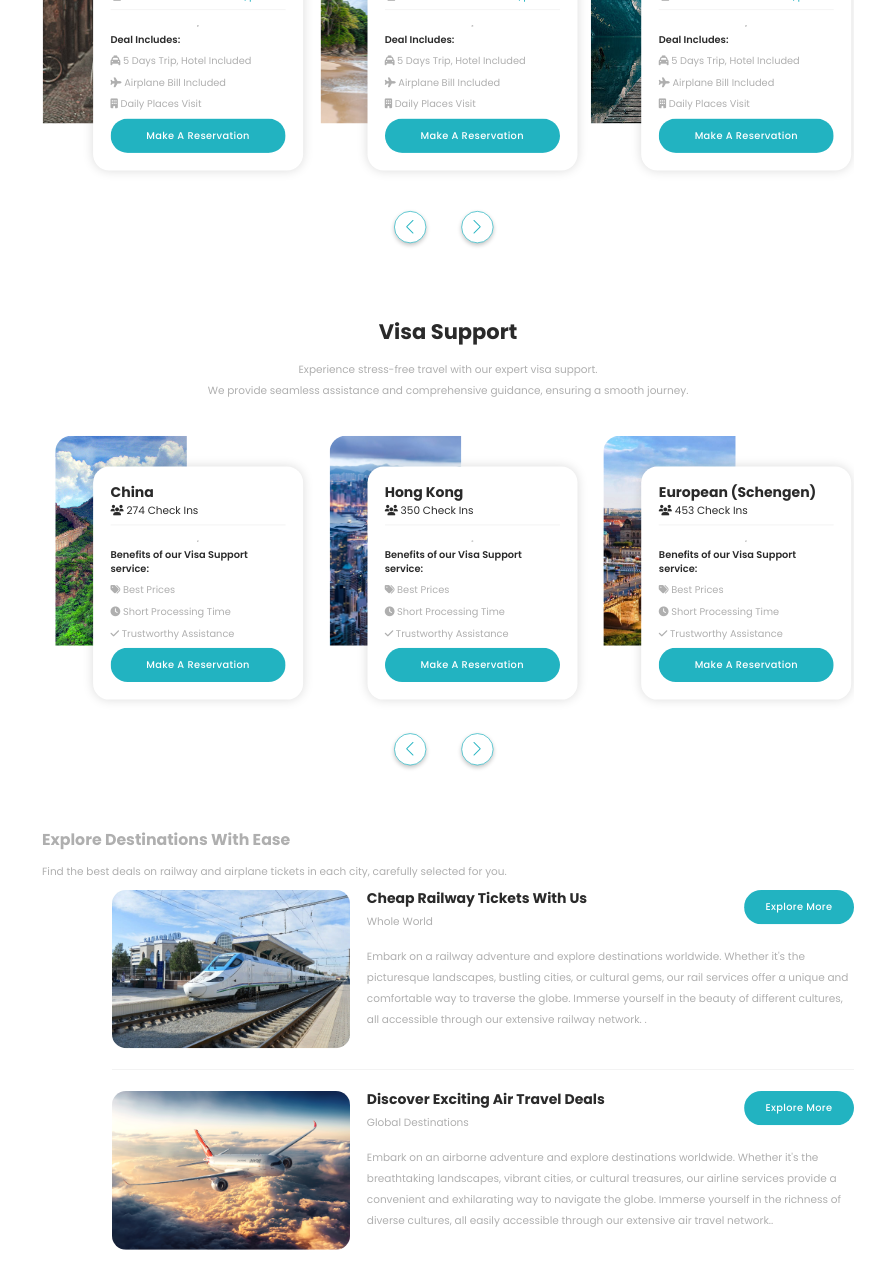
Repository: asadbekdev07/asadbekdev-zamontour-react
Page: /
The author's editor kept a copy of each file at every save. The page is drawn from the files as they stood at one save, then again after the next save.
The browser window is 1280 px wide. The pictures show the part of the page from y = 1048 to 2968 px (the page is 2874 px tall before and 2968 px after), at 70% of full size.
The project was rebuilt for these pictures with package versions that can differ from the ones it lists, and the page was loaded fresh each time. Also part of the build but not shown: vite.config.js.

Above is the page before, as saved 2024-05-26 18:20:57.

### index.html
<!doctype html>
<html lang="en">
  <head>
    <meta charset="UTF-8" />
    <link rel="icon" type="image/svg+xml" href="/vite.svg" />
    <meta name="viewport" content="width=device-width, initial-scale=1.0" />
    <title>Vite + React</title>
    <link rel="stylesheet" href="https://cdnjs.cloudflare.com/ajax/libs/font-awesome/6.5.2/css/all.min.css" integrity="sha512-SnH5WK+bZxgPHs44uWIX+LLJAJ9/2PkPKZ5QiAj6Ta86w+fsb2TkcmfRyVX3pBnMFcV7oQPJkl9QevSCWr3W6A==" crossorigin="anonymous" referrerpolicy="no-referrer" />

  </head>
  <body>
    <div id="root"></div>
    <script type="module" src="/src/main.jsx"></script>
  </body>
</html>

### src/main.jsx
import React from 'react'
import ReactDOM from 'react-dom/client'
import App from './assets/components/App'
import './assets/styles/index.css'
import './i18n'

ReactDOM.createRoot(document.getElementById('root')).render(
  <React.StrictMode>
    <App />
  </React.StrictMode>,
)

### src/assets/components/App.jsx
import Destination from "./Destination"
import Offers from "./Offers"
import SiteHeader from "./Site-header"
import SliderHero from "./Slider-hero"
import Visa from "./Visa"

function App() {

  return (
    <>
      <SiteHeader />
      <SliderHero />
      <Offers />
      <Visa />
      <Destination />
    </>
  )
}

export default App

### src/assets/styles/index.css
/* CUSTOM PROPS */
:root {
  --primary-color: #22b3c1;
  --primary-bg-color: #ffffff;
  --border-color: #eeeeee;
  --secondary-text-color: #2a2a2a;
  --grayish-text-color: #afafaf;
  --form-border-color: #e0e0e0;
}

/* FONT-FACE  */
@font-face {
  font-family: "Poppins";
  src: url("../fonts/Poppins-Regular.woff2") format("woff2"), url("../fonts/Poppins-Regular.woff") format("woff");
  font-weight: normal;
  font-style: normal;
  font-display: swap;
}
@font-face {
  font-family: "Poppins";
  src: url("../fonts/Poppins-BoldItalic.woff2") format("woff2"), url("../fonts/Poppins-BoldItalic.woff") format("woff");
  font-weight: bold;
  font-style: italic;
  font-display: swap;
}
@font-face {
  font-family: "Poppins";
  src: url("../fonts/Poppins-SemiBold.woff2") format("woff2"), url("../fonts/Poppins-SemiBold.woff") format("woff");
  font-weight: 600;
  font-style: normal;
  font-display: swap;
}
@font-face {
  font-family: "Poppins";
  src: url("../fonts/Poppins-Medium.woff2") format("woff2"), url("../fonts/Poppins-Medium.woff") format("woff");
  font-weight: 500;
  font-style: normal;
  font-display: swap;
}
@font-face {
  font-family: "Poppins";
  src: url("../fonts/Poppins-Bold.woff2") format("woff2"), url("../fonts/Poppins-Bold.woff") format("woff");
  font-weight: bold;
  font-style: normal;
  font-display: swap;
}

/* GLOBAL  */
html {
  box-sizing: border-box;
  height: 100%;
  scroll-behavior: smooth;
}

*,
*::before,
*::after {
  box-sizing: inherit;
}

:focus {
  outline: 2px dotted var(--primary-color);
  outline-offset: 3px;
}

body {
  display: flex;
  flex-direction: column;
  height: 100%;
  padding: 0;
  margin: 0;
  font-weight: 400;
  font-family: "Poppins", "Arial", sans-serif;
  font-size: 15px;
  background-color: #ffffff;
  color: var(--grayish-text-color);
}

img {
  max-width: 100%;
  height: auto;
}

/* AUTOFILL-STYLES */
/*input:-webkit-autofill,
input:-webkit-autofill:hover,
input:-webkit-autofill:focus,
textarea:-webkit-autofill,
textarea:-webkit-autofill:hover,
textarea:-webkit-autofill:focus,
select:-webkit-autofill,
select:-webkit-autofill:hover,
select:-webkit-autofill:focus {
  border-color: transparent;
  -webkit-text-fill-color: inherit;
  -webkit-box-shadow: 0 0 0px 1000px #fff inset;
}*/


/* PLACEHOLDER-STYLES */
/*::-webkit-input-placeholder,
::-moz-placeholder,
:-ms-input-placeholder,
:-moz-placeholder {
  color: rgba(52, 49, 61, 0.5);
  opacity: 1;
}*/


/* VISUALLY-HIDDEN */
.visually-hidden {
  position: absolute;
  width: 1px;
  height: 1px;
  margin: -1px;
  border: 0;
  padding: 0;
  clip: rect(0 0 0 0);
  overflow: hidden;
}


/* CONTAINER  */
.container {
  width: 100%;
  max-width: 1200px;
  padding-left: 20px;
  padding-right: 20px;
  margin-left: auto;
  margin-right: auto;
}

/* MAIN-CONTENT  */
.main-content {
  flex-grow: 1;
}

/* BUTTON  */
.button {
  padding: 13px 30px;
  margin: 0;
  display: inline-block;
  border-radius: 25px;
  font-weight: 500;
  line-height: 21px;
  font-size: 14px;
  letter-spacing: 0.5px;
  transition: color 0.4s ease;
  text-transform: capitalize;
  border: 1px solid transparent;
  background-color: #22b3c1;
  color: #ffffff;
  overflow: hidden;
  text-decoration: none;
  cursor: pointer;
  white-space: nowrap;
  text-align: center;
}
.button:hover {
  opacity: 0.8;
}
.button:active {
  opacity: 0.6;
}

.button--arrow {
  color: #22b3c1;
  transition: all 0.5s ease;
  text-decoration: none;
}

.button--white {
  background-color: #ffffff;
  color: #22b3c1;
}
.button--white:hover {
  background-color: #22b3c1;
  color: #ffffff;
  opacity: 1;
}

.button--form {
  width: 100%;
  display: block;
}

.button--cta {
  border: 1px solid #e0e0e0;
}
.button--cta:hover {
  background-color: #ffffff;
  color: #22b3c1;
  opacity: 1;
}

/* SITE-HEADER  */
.site-header {
  position: relative;
  padding: 15px 20px;
  background-color: var(--primary-color);
}

.site-header :focus {
  outline: 2px dotted var(--primary-bg-color);
  outline-offset: 3px;
}

.site-header__container {
  display: flex;
  align-items: center;
  justify-content: space-between;
}

.site-header__sitenav {
  display: flex;
  align-items: center;
  justify-content: space-between;
}

.sitenav__list {
  padding: 0;
  margin: 0;
  list-style: none;
  display: flex;
  align-items: center;
}

.sitenav__item {
  margin-right: 30px;
}

.sitenav__link {
  text-decoration: none;
  color: var(--primary-bg-color);
  transition: color 0.4s ease;
}

.sitenav__link:hover {
  color: var(--secondary-text-color);
}

.sitenav__link:active {
  opacity: 0.6;
}

.lang {
  margin: 0;
  padding: 0;
  list-style: none;
  display: flex;
  align-items: center;
}

.lang__item {
  margin-right: 30px;
}

.lang__link {
  text-decoration: none;
  color: var(--primary-bg-color);
  transition: color 0.4s ease;
}

.lang__link:hover {
  color: var(--secondary-text-color);
}

.lang__link:active {
  opacity: 0.6;
}

.social {
  margin: 0;
  padding: 0;
  list-style: none;
  display: flex;
  align-items: center;
}

.social__item:not(:last-child) {
  margin-right: 30px;
}

.social__link {
  display: block;
  text-decoration: none;
}

.social__icon {
  display: block;
  color: var(--primary-bg-color);
}

.fa-telegram {
  transition: color 0.4s ease;
}

.fa-instagram {
  transition: color 0.4s ease;
}

.fa-telegram:hover {
  color: var(--secondary-text-color)
}

.fa-instagram:hover {
  color: var(--secondary-text-color)
}

.site-header__toggler {
  display: none;
  width: 24px;
  height: 22px;
  border: 0;
  background-color: transparent;
  padding: 0;
  margin: 0;
  color: var(--primary-bg-color);
}

/* SLIDER-HERO  */
.slider {
  background-position: center;
  background-repeat: no-repeat;
  background-size: cover;
}

.slider__container {
  width: 90%;
  padding-top: 90px;
  padding-bottom: 90px;
  display: flex;
  flex-direction: column;
  align-items: center;
}

.slider__top {
  padding-top: 50px;
  width: 100%;
  text-align: center;
}

.slider__top-heading {
  margin-top: 0;
  margin-bottom: 20px;
  font-weight: 500;
  font-size: 20px;
  color: var(--primary-bg-color);
}

.slider__top-city {
  margin-top: 0;
  margin-bottom: 30px;
  font-weight: 700;
  font-size: 50px;
  color: var(--primary-bg-color);
}

.slider__bottom {
  width: 100%;
}

.list {
  padding: 0;
  margin: 0;
  list-style: none;
  padding: 30px 60px;
  margin-top: 40px;
  display: flex;
  align-items: center;
  justify-content: space-between;
  border-radius: 60px;
  background-color: var(--primary-bg-color);
}

.list__item-inner {
  display: flex;
  align-items: center;
}
.list__item-inner .fa {
  display: flex;
  align-items: center;
  justify-content: center;
  margin-right: 20px;
  width: 60px;
  height: 60px;
  border-radius: 50%;
  line-height: 50px;
  font-size: 25px;
  text-align: center;
  border: 1px solid var(--primary-color);
  color: var(--primary-color);
}

.list__subheading {
  margin: 0;
  font-weight: 700;
  font-size: 20px;
  line-height: 28px;
  color: var(--primary-color);
}
.list__subheading span {
  font-weight: 400;
  font-size: 15px;
  color: var(--grayish-text-color);
}

.lang__link.selected {
  font-weight: bold;
  color: var(--primary-color);
  text-decoration: underline;
}

/* OFFERS  */
.offers,
.visa {
  position: relative;
  padding-top: 80px;
  padding-bottom: 80px;
}

.offers__content,
.visa__content {
  width: 70%;
  margin-left: 15%;
  margin-right: 15%;
  margin-bottom: 50px;
  text-align: center;
}

.offers__title,
.visa__title {
  margin-top: 0;
  margin-bottom: 20px;
  font-weight: 700;
  font-size: 30px;
  line-height: 36px;
  text-transform: capitalize;
  color: var(--secondary-text-color);
}

.offers__description,
.visa__description {
  line-height: 30px;
}

.offers__card,
.visa__card {
  width: 350px;
  height: 420px;
  border-radius: 8px;
  display: flex;
  cursor: pointer;
  align-items: center;
  justify-content: center;
  flex-direction: column;
  position: relative;
}

.offers__img,
.visa__img {
  height: 300px;
  padding-right: 150px;
  padding-bottom: 120px;
  border-top-left-radius: 23px;
  border-bottom-left-radius: 23px;
}


.visa__img {
  width: 50%;
  object-fit: cover;
}

.inner {
  position: absolute;
  right: 1%;
  display: flex;
  flex-direction: column;
  justify-content: center;
  position: absolute;
  z-index: 10000;
  width: 250px;
  padding: 25px;
  border-radius: 23px;
  box-shadow: 0px 0px 15px rgba(0, 0, 0, 0.15);
  background-color: var(--primary-bg-color);
}

.inner__top {
  display: flex;
  align-items: center;
  justify-content: space-between;
  padding-bottom: 10px;
  position: relative;
  margin-bottom: 15px;
  border-bottom: 1px solid #eee;
}

.inner__top h4 {
  font-size: 20px;
  line-height: 24px;
  color: var(--secondary-text-color);
  margin: 0;
}

.inner__top h6 {
  margin: 0;
  font-weight: 700;
  font-size: 20px;
  line-height: 24px;
  color: var(--primary-color);
}
.inner__top span {
  font-weight: 400;
  font-size: 15px;
  line-height: 18px;
}

.inner__list {
  margin: 0;
  padding: 0;
  list-style: none;
  margin-bottom: 10px;
}

.inner__list li:not(:last-child) {
  margin-bottom: 10px;
}

.inner__list li:not(:first-child) {
  font-size: 14px;
  line-height: 21px;
  color: var(--grayish-text-color);
}

.inner__list-title {
  font-weight: 600;
  font-size: 14px;
  line-height: 20px;
  color: var(--secondary-text-color);
}

.swiper-buttons {
  display: flex;
  justify-content: center;
  position: absolute;
  left: 42%;
  bottom: 10%; /* Adjust as needed */
  width: 15%;
}

.swiper-button-next,
.swiper-button-prev {
  width: 46px;
  height: 46px;
  border-radius: 50%;
  border: 1.5px solid var(--primary-color);
  background-color: var(--primary-bg-color);
  color: var(--primary-color);
  text-align: center;
  line-height: 44px;
  cursor: pointer;
  box-shadow: 0 3px 6px rgba(0, 0, 0, 0.23);
  margin: 0 15px;
  font-size: 20px;
}

.swiper-button-next:hover,
.swiper-button-prev:hover {
  background-color: var(--primary-color);
  color: var(--primary-bg-color);
}

.swiper-button-next::after,
.swiper-button-prev::after {
  font-size: 20px; /* Custom size for the arrow icons */
}

/* DESTINATION  */
.destination {
  padding: 40px;
}

.destination__content {
  width: 100%;
  max-width: 450px;
  margin-bottom: 65px;
}

.destination__heading {
  margin: 0;
  margin-bottom: 20px;
  font-weight: 700;
  font-size: 30px;
  line-height: 36px;
  color: #2a2a2a;
}

.destination__description {
  margin: 0;
  line-height: 30px;
}

.destination__list {
  padding: 0;
  margin: 0;
  list-style: none;
  padding-left: 100px;
}

.destination__item {
  display: flex;
}
.destination__item:not(:last-child) {
  padding-bottom: 30px;
  margin-bottom: 30px;
  border-bottom: 1px solid #eeeeee;
}

.destination__img {
  margin-right: 24px;
  border-radius: 20px;
}

.destination__inner {
  width: 75%;
  position: relative;
}

.destination__inner-heading {
  margin: 0;
  margin-bottom: 6px;
  font-weight: 700;
  font-size: 20px;
  line-height: 24px;
  color: #2a2a2a;
}

.destination__inner-span {
  line-height: 30px;
}

.button__wrapper {
  position: absolute;
  top: 0;
  right: 0;
}

.destination__inner-description {
  margin: 0;
  margin-top: 20px;
  line-height: 30px;
}

@media only screen and (min-width: 1000px) and (max-width: 1200px) {
  .offers__card {
    width: 30%;
  }

  .offers__img {
    height: 300px;
    padding-right: 85px;
    padding-bottom: 120px;
  }

  .inner {
    width: 210px;
    padding: 21px;
  }
}
@media only screen and (max-width: 1000px) {
  .offers__card {
    width: 45%;
  }

  .offers__img {
    height: 300px;
    padding-right: 60px;
    padding-bottom: 120px;
  }

  .inner {
    width: 225px;
    padding: 25px;
  }

  .swiper-buttons {
    left: 45%;
  }

  .swiper-button-next,
  .swiper-button-prev {
    margin: 0 0;
  }
}

@media only screen and (max-width: 900px) {
  .site-header__sitenav {
    display: none;
  }

  .site-header__toggler {
    display: block;
  }

  .site-header.is-open .site-header__sitenav {
    z-index: 1000;
    width: 90%;
    display: flex;
    flex-direction: column;
    position: absolute;
    top: 90%;
    left: 5%;
    right: 5%;
    background-color: var(--primary-bg-color);
  }

  .site-header.is-open .sitenav {
    width: 100%;
  }

  .site-header.is-open .sitenav__list,
  .site-header.is-open .social,
  .site-header.is-open .lang {
    display: flex;
    flex-direction: column;
    width: 100%;
  }

  .site-header.is-open .sitenav__item,
  .site-header.is-open .lang__item,
  .site-header.is-open .social__item {
    width: 100%;
    margin: 0;
    padding-top: 8px;
    padding-bottom: 8px;
    border-bottom: 1px solid var(--form-border-color);
    text-align: center;
  }

  .site-header.is-open .sitenav__link,
  .site-header.is-open .lang__link,
  .site-header.is-open .social__link,
  .site-header.is-open .social__icon {
    color: var(--secondary-text-color);
  }

  .site-header.is-open .lang__link:hover,
  .site-header.is-open .social__link:hover,
  .site-header.is-open .social__icon:hover {
    color: var(--primary-color);
  }
  /* LIST */
  .list__subheading {
    font-size: 15px;
    line-height: 18px;
  }
  .list__subheading span {
    font-size: 12px;
  }
  .list__item-inner .fa {
    margin-right: 15px;
    width: 50px;
    height: 50px;
    border-radius: 50%;
    line-height: 40px;
    font-size: 20px;
  }
}

@media only screen and (max-width: 800px) {
  .button {
    padding: 10px 20px;
    border-radius: 20px;
    font-weight: 400;
    line-height: 15px;
    font-size: 13px;
    letter-spacing: 0.5px;
  }
  /* SLIDER  */
  .slider__top-heading {
    margin-bottom: 18px;
    font-weight: 500;
    font-size: 16px;
  }
  .slider__top-city {
    margin-top: 0;
    margin-bottom: 25px;
    font-weight: 700;
    font-size: 40px;
  }

  .swiper-button-next,
  .swiper-button-prev {
    margin: 0 -8px;
  }
}

@media only screen and (min-width: 500px) and (max-width: 700px) {
  .offers__img,
  .visa__img {
    padding-right: 120px;
  }
  .inner {
    width: 275px;
    margin-right: 30px;
  }
}

@media only screen and (max-width: 700px) {
  .list {
    padding: 20px 40px;
    margin-top: 30px;
    border-radius: 50px;
  }
  .list__item-inner .fa {
    margin-right: 12px;
    width: 35px;
    height: 35px;
    border-radius: 50%;
    line-height: 25px;
    font-size: 15px;
  }
  .list__subheading {
    font-size: 13px;
    line-height: 15px;
  }
  .list__subheading span {
    font-size: 10px;
  }
  .offers__content {
    width: 90%;
    margin-left: 5px;
    margin-right: 5px;
  }
  .offers__title,
  .visa__title {
    font-size: 25px;
  }
  .offers__description,
  .visa__description {
    line-height: 25px;
  }
  .offers__img {
    width: 300px;
  }
  .swiper-button-next,
  .swiper-button-prev {
    margin: 0 -12px;
  }
}

@media only screen and (max-width: 600px) {
  .button {
    padding: 8px 18px;
    border-radius: 18px;
    font-weight: 400;
    line-height: 10px;
    font-size: 10px;
    letter-spacing: 0.5px;
  }
  /* SLIDER  */
  .slider {
    padding-top: 0;
    padding-bottom: 0;
  }
  .slider__top {
    padding-top: 20px;
  }
  .slider__top-heading {
    margin-bottom: 14px;
    font-weight: 500;
    font-size: 12px;
  }
  .slider__top-city {
    margin-top: 0;
    margin-bottom: 20px;
    font-weight: 700;
    font-size: 30px;
  }
  /* LIST  */
  .list__item-inner .fa {
    margin-right: 10px;
    width: 30px;
    height: 30px;
    border-radius: 50%;
    line-height: 20px;
    font-size: 12px;
  }
  .list__subheading {
    font-size: 10px;
    line-height: 12px;
  }
  .list__subheading span {
    font-size: 8px;
  }
  .swiper-button-next,
  .swiper-button-prev {
    margin: 0 -20px;
  }
}

@media only screen and (max-width: 500px) {
  .button {
    padding: 6px 12px;
    border-radius: 15px;
    font-weight: 400;
    line-height: 1;
    font-size: 7px;
    letter-spacing: 0.5px;
  }
  /* SLIDER  */

  .slider__container {
    padding-top: 50px;
    padding-bottom: 50px;
  }
  /* LIST  */
  .list {
    padding: 15px 22px;
    margin-top: 25px;
    border-radius: 40px;
  }
  .list__item-inner .fa {
    margin-right: 5px;
    width: 20px;
    height: 20px;
    border-radius: 50%;
    line-height: 10px;
    font-size: 8px;
  }
  .list__subheading {
    font-size: 7px;
    line-height: 1;
  }
  .list__subheading span {
    font-size: 5px;
  }
  .offers__img {
    width: 230px;
  }
  .swiper-button-next,
  .swiper-button-prev {
    margin: 0 -35px;
  }
}

@media
only screen and (-webkit-min-device-pixel-ratio: 2),
only screen and (   min--moz-device-pixel-ratio: 2),
only screen and (     -o-min-device-pixel-ratio: 2/1),
only screen and (        min-device-pixel-ratio: 2),
only screen and (                min-resolution: 192dpi),
only screen and (                min-resolution: 2dppx) {

}

### src/i18n.jsx
import i18n from 'i18next';
import { initReactI18next } from 'react-i18next';
import Backend from 'i18next-http-backend';
import laungageDetector from 'i18next-browser-languagedetector';
import enLang from '../public/locales/en.json'
import uzLang from '../public/locales/uz.json'
import ruLang from '../public/locales/ru.json'

i18n
.use(Backend)
.use(laungageDetector)
.use(initReactI18next)
.init({
  fallbackLng: 'en',
  lng: 'en',
  debug: true,
  resources: {
    en:{translation: enLang},
    uz:{translation: uzLang},
    ru:{translation: ruLang}
  }
})

export default i18n;

### src/assets/components/Destination.jsx
import afrasiab from "/img/afr.jpg";
import airplane from "/img/airplane.jpg";
const Destination = () => {
  return (
    <section className="destination">
      <div className="container">
        <div className="destination__top">
          <h2 className="destination__top-heading">Explore Destinations With Ease</h2>
          <p className="destination__top-text">Find the best deals on railway and airplane tickets in each city, carefully selected for you.</p>
        </div>

        <ul className="destination__list">
          <li className="destination__item">
            <img className="destination__img" src={afrasiab} alt="Train img" width={340} height={228}/>
            <div className="destination__inner">
              <h3 className="destination__inner-heading">Cheap Railway Tickets With Us</h3>
              <span className="destination__inner-span">Whole World</span>
              <div className="wrapper__desc">
                <div className="button__wrapper">
                <a className="button" href="#contact">Explore More</a>
                </div>
                <p className="destination__inner-description">Embark on a railway adventure and explore destinations worldwide. Whether it&apos;s the picturesque landscapes, bustling cities, or cultural gems, our rail services offer a unique and comfortable way to traverse the globe. Immerse yourself in the beauty of different cultures, all accessible through our extensive railway network. .</p>
              </div>
            </div>
          </li>

          <li className="destination__item">
            <img className="destination__img" src={airplane} alt="Airplane img" width={340} height={228}/>
            <div className="destination__inner">
              <h3 className="destination__inner-heading">Discover Exciting Air Travel Deals</h3>
              <span className="destination__inner-span">Global Destinations</span>
              <div className="button__wrapper">
                <a className="button" href="#contact">Explore More</a>
              </div>
              <p className="destination__inner-description">Embark on an airborne adventure and explore destinations worldwide. Whether it&apos;s the breathtaking landscapes, vibrant cities, or cultural treasures, our airline services provide a convenient and exhilarating way to navigate the globe. Immerse yourself in the richness of diverse cultures, all easily accessible through our extensive air travel network..</p>
            </div>
          </li>
        </ul>
      </div>
    </section>
  )
}

export default Destination

Loaded but not shown: public/locales/uz.json (12 lines, source omitted); public/locales/en.json (12 lines, source omitted); public/locales/ru.json (12 lines, source omitted); src/assets/components/Site-header.jsx (106 lines, source omitted); src/assets/components/Offers.jsx (86 lines, source omitted); src/assets/components/Visa.jsx (86 lines, source omitted); src/assets/components/Slider-hero.jsx (113 lines, source omitted)

After the next save:
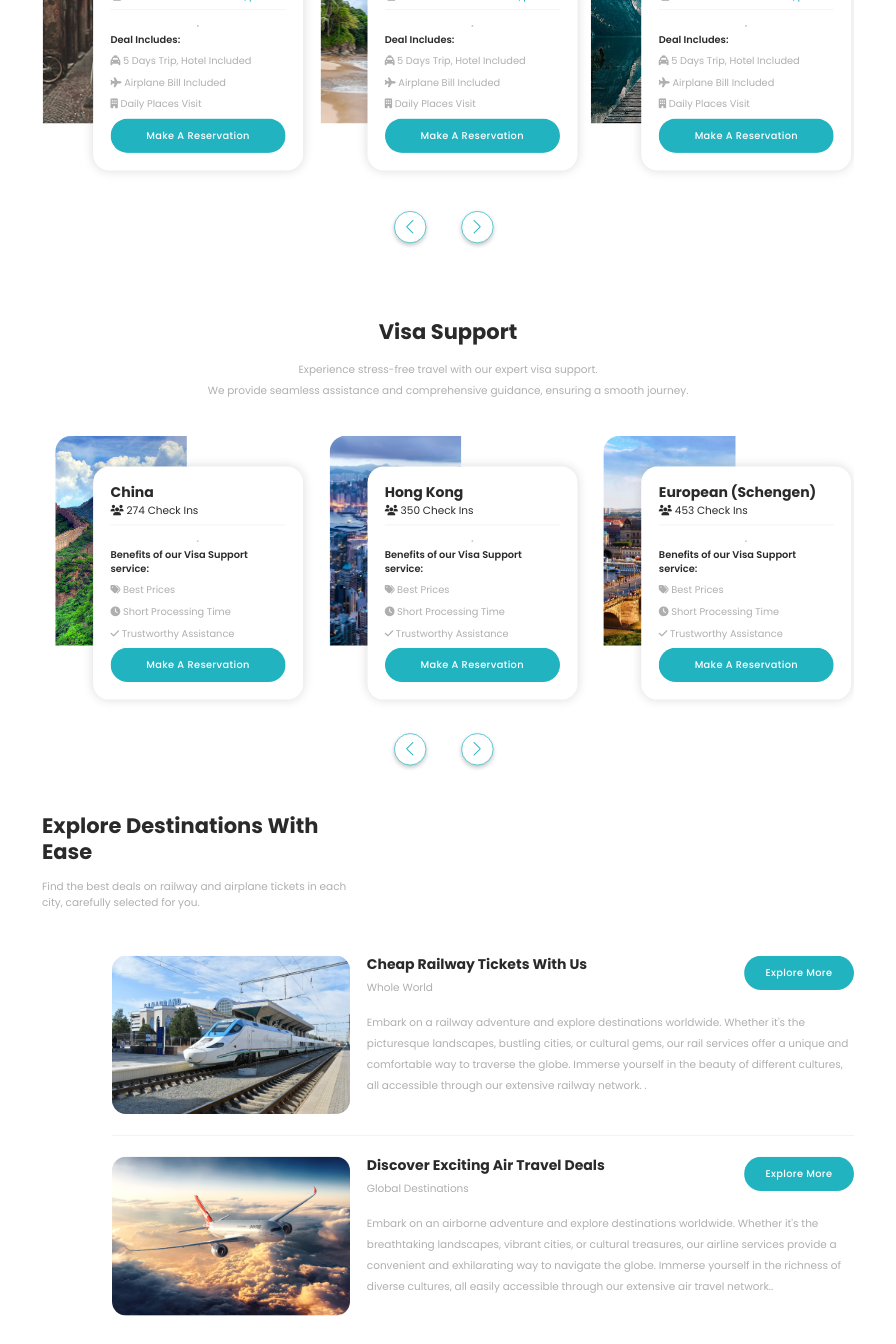
Saved 27 s later.
--- a/src/assets/styles/index.css
+++ b/src/assets/styles/index.css
@@ -582,13 +582,13 @@ select:-webkit-autofill:focus {
   padding: 40px;
 }
 
-.destination__content {
+.destination__top {
   width: 100%;
   max-width: 450px;
   margin-bottom: 65px;
 }
 
-.destination__heading {
+.destination__top-heading {
   margin: 0;
   margin-bottom: 20px;
   font-weight: 700;
@@ -597,7 +597,7 @@ select:-webkit-autofill:focus {
   color: #2a2a2a;
 }
 
-.destination__description {
+.destination__top-description {
   margin: 0;
   line-height: 30px;
 }
